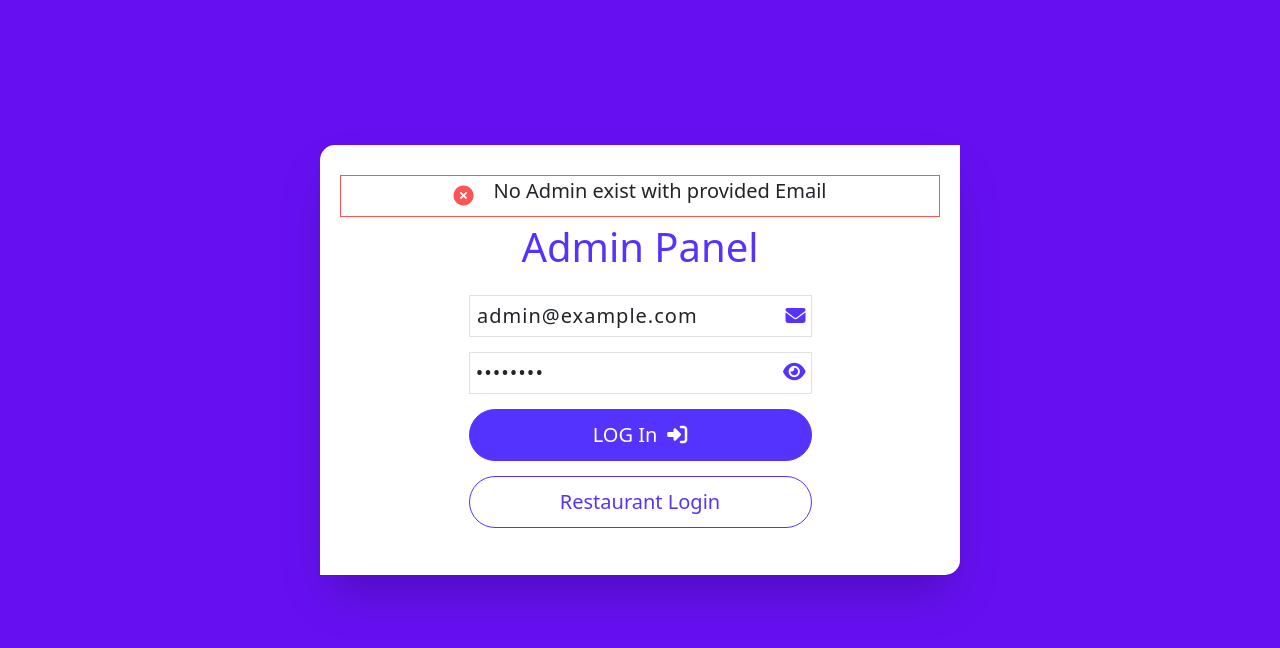
Repository: FlyweisReact/GopalAdminPanel
Page: /
The author's editor kept a copy of each file at every save. The page is drawn from the files as they stood at one save, then again after the next save.
The browser window is 1280 px wide. The pictures show the whole page.
Some web libraries are served in a nearby version. The project was rebuilt for these pictures with package versions that can differ from the ones it lists, and the page was loaded fresh each time. Also part of the build but not shown: src/components/pages/Dashboard.jsx, src/vendorPanel/components/Auth.jsx, src/components/BaseUrl.jsx, src/components/pages/products/Products.jsx, src/components/pages/categories/Categories.jsx, src/components/pages/banner/Banner.jsx, src/components/pages/orders/Orders.jsx, src/components/pages/terms/Terms.jsx and 50 more. Imported but missing from the stored project, and not drawn on this page: src/components/layout/HOC.

Above is the page before, as saved 2023-04-03 13:10:12.

After the next save:
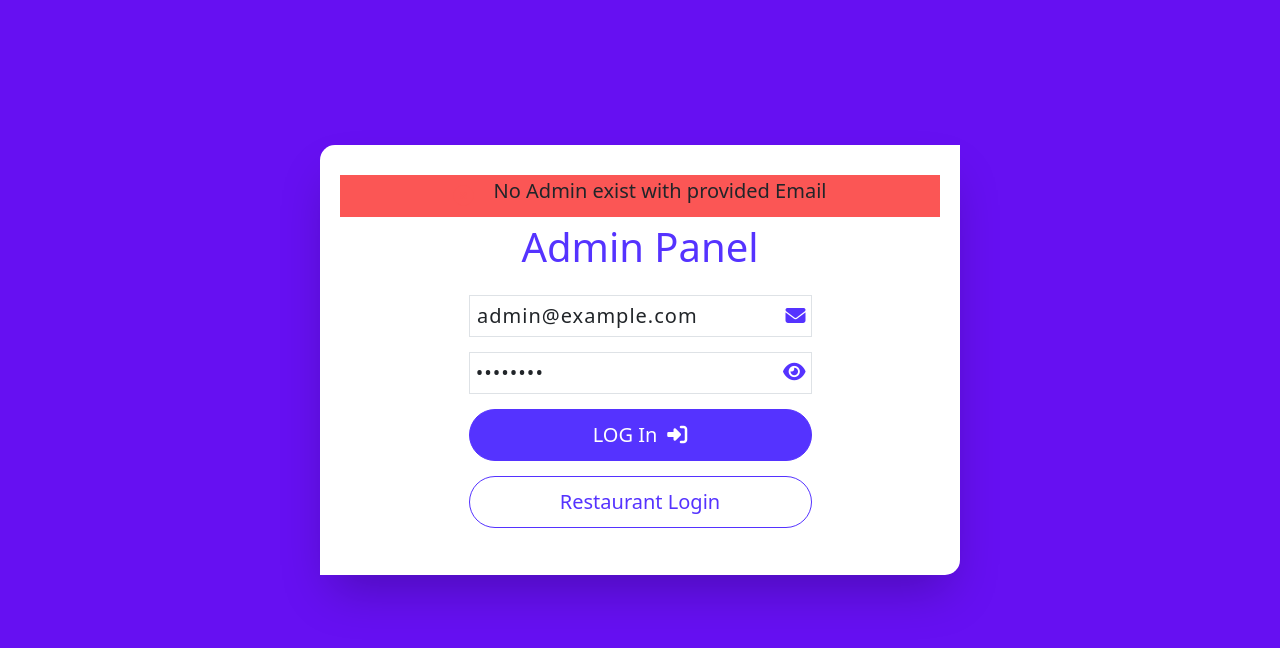
Saved 6 s later.
--- a/src/index.css
+++ b/src/index.css
@@ -144,6 +144,7 @@ code {
   align-items: center;
   justify-content: center;
   border: 1px solid #fb5655 ;
+  background-color: #fb5655;
 }
 .alertDiv i{
   color: #fb5655;
